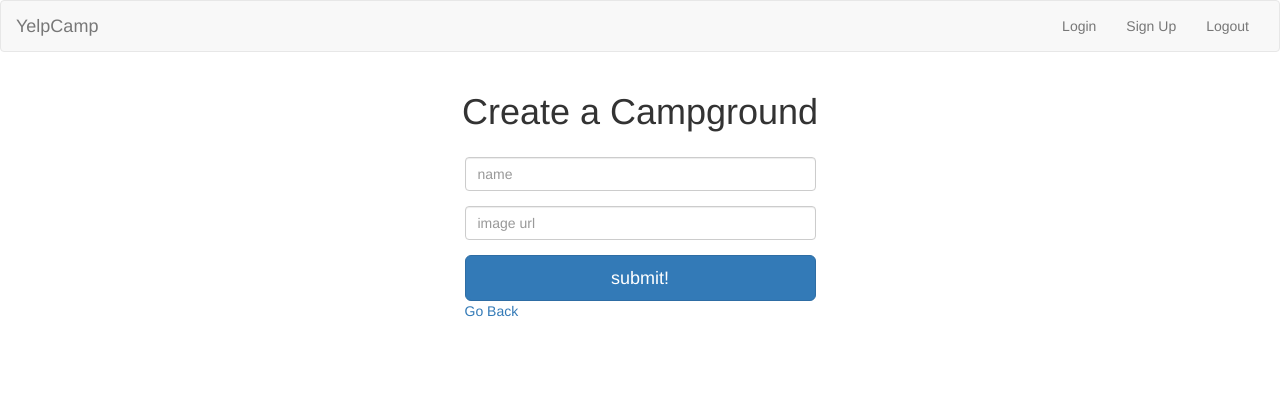
Repository: AlphaZach/yelpcamp
Page: http://localhost/index/new
The author's editor kept a record of every edit. The page is drawn from the files as they stood at one moment, then again after the next edit.
The browser window is 1280 px wide. The pictures show the whole page.
The page is served by the project's Node server (v2/app.js).

Above is the page before.

After the next edit:
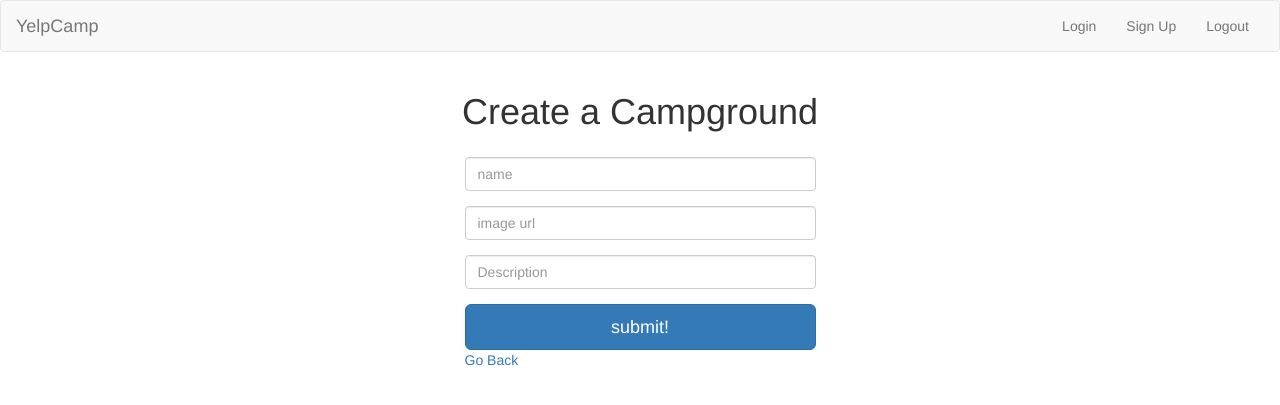
The edit:
--- a/v2/views/new.ejs
+++ b/v2/views/new.ejs
@@ -10,6 +10,9 @@
                 <div class="form-group">
                     <input class="form-control" type="text" name="image" placeholder="image url">
                 </div>
+                <div class="form-group">
+                    <input class="form-control" type="text" name="description" placeholder="Description">
+                </div>
                 <div>
                     <button class="btn btn-lg btn-primary btn-block">submit!</button>
                 </div>
